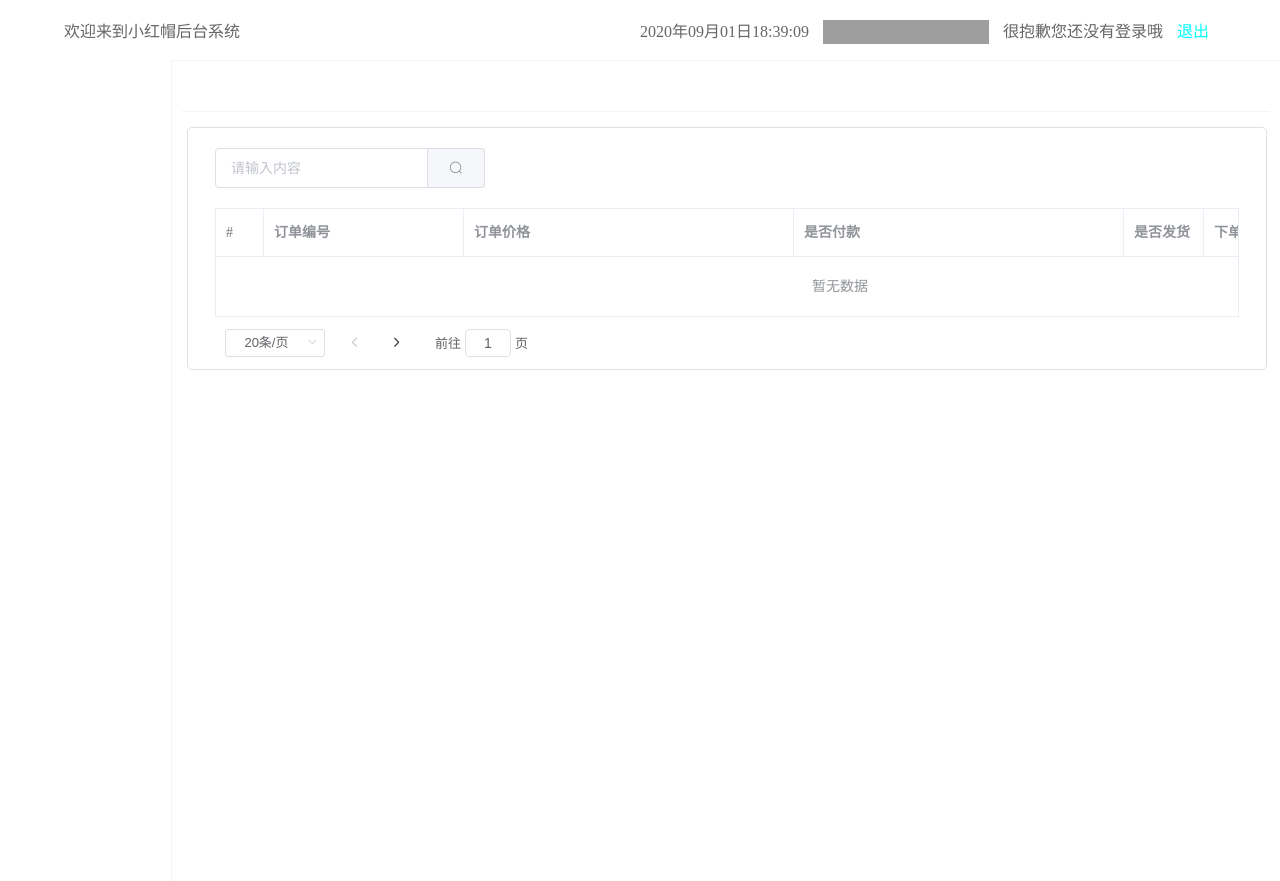
Repository: jinggegeZ/whitesystem
Page: /orders/orders
The author's editor kept a copy of each file at every save. The page is drawn from the files as they stood at one save, then again after the next save.
The browser window is 1280 px wide. The pictures show the whole page.
Pictures or frames that could not be fetched are drawn as grey boxes. The page's requests for data from a server got no answer. The project was rebuilt for these pictures with package versions that can differ from the ones it lists, and the page was loaded fresh each time. No one was signed in, and anything a server would have sent is missing. Also part of the build but not shown: vue.config.js, src/views/Home.vue.

Above is the page before, as saved 2020-09-02 11:07:44.

After the next save:
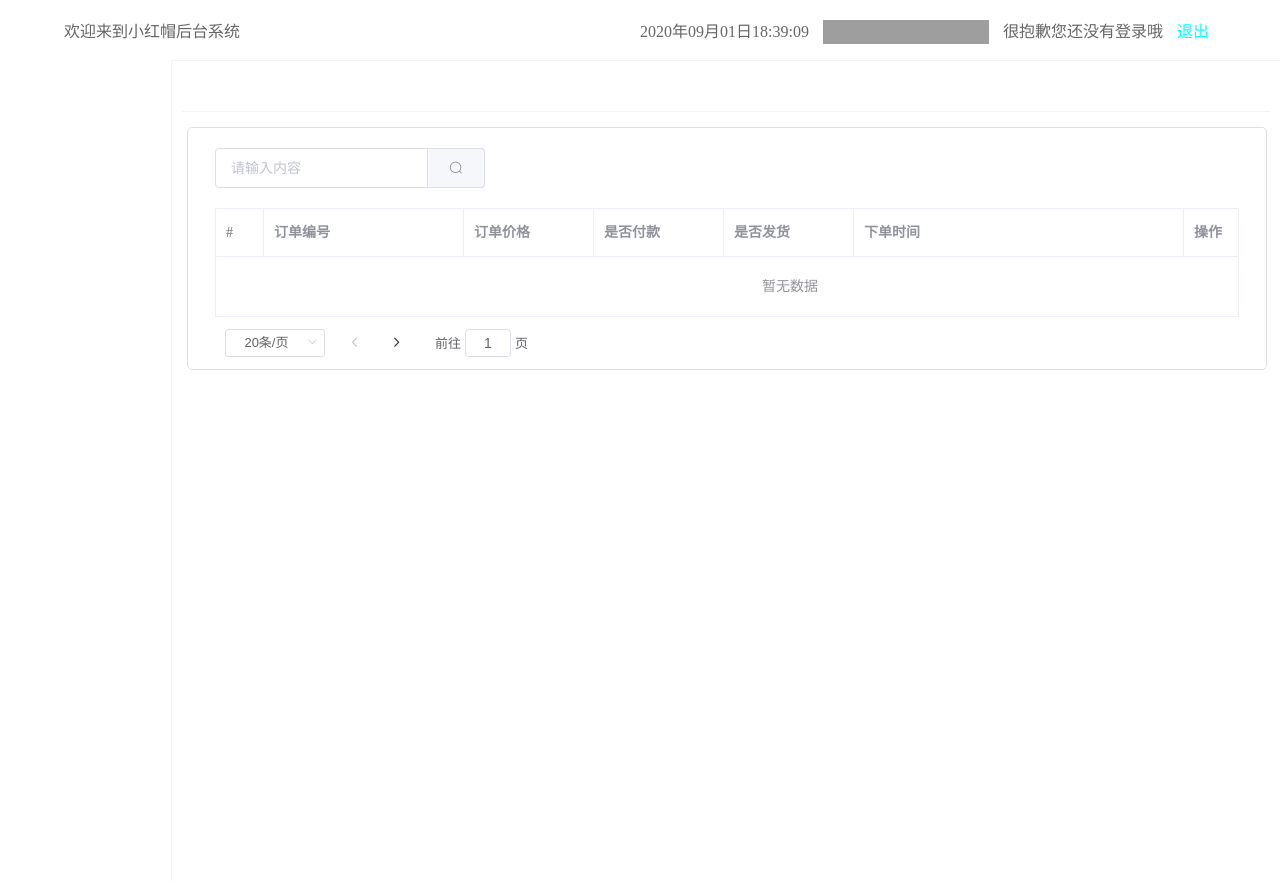
Saved 52 s later.
--- a/src/views/orderList/OrderList.vue
+++ b/src/views/orderList/OrderList.vue
@@ -19,13 +19,13 @@
             <!-- 下标 -->
             <el-table-column prop="order_number" label="订单编号" width="200"></el-table-column>
             <!-- 姓名 -->
-            <el-table-column prop="order_price" label="订单价格" width="330"></el-table-column>
+            <el-table-column prop="order_price" label="订单价格" width="130"></el-table-column>
             <!-- 角色 -->
-            <el-table-column prop="pay_status" label="是否付款" width="330"></el-table-column>
+            <el-table-column prop="pay_status" label="是否付款" width="130"></el-table-column>
             <!-- 电话 -->
-            <el-table-column prop="is_send" label="是否发货"></el-table-column>
+            <el-table-column prop="is_send" label="是否发货" width="130"></el-table-column>
             <!-- 下单时间 -->
-            <el-table-column prop="create_time" label="下单时间"></el-table-column>
+            <el-table-column prop="create_time" label="下单时间" width="330"></el-table-column>
             <!-- 操作 -->
             <el-table-column label="操作" width="180">
               <template slot-scope="scope">
